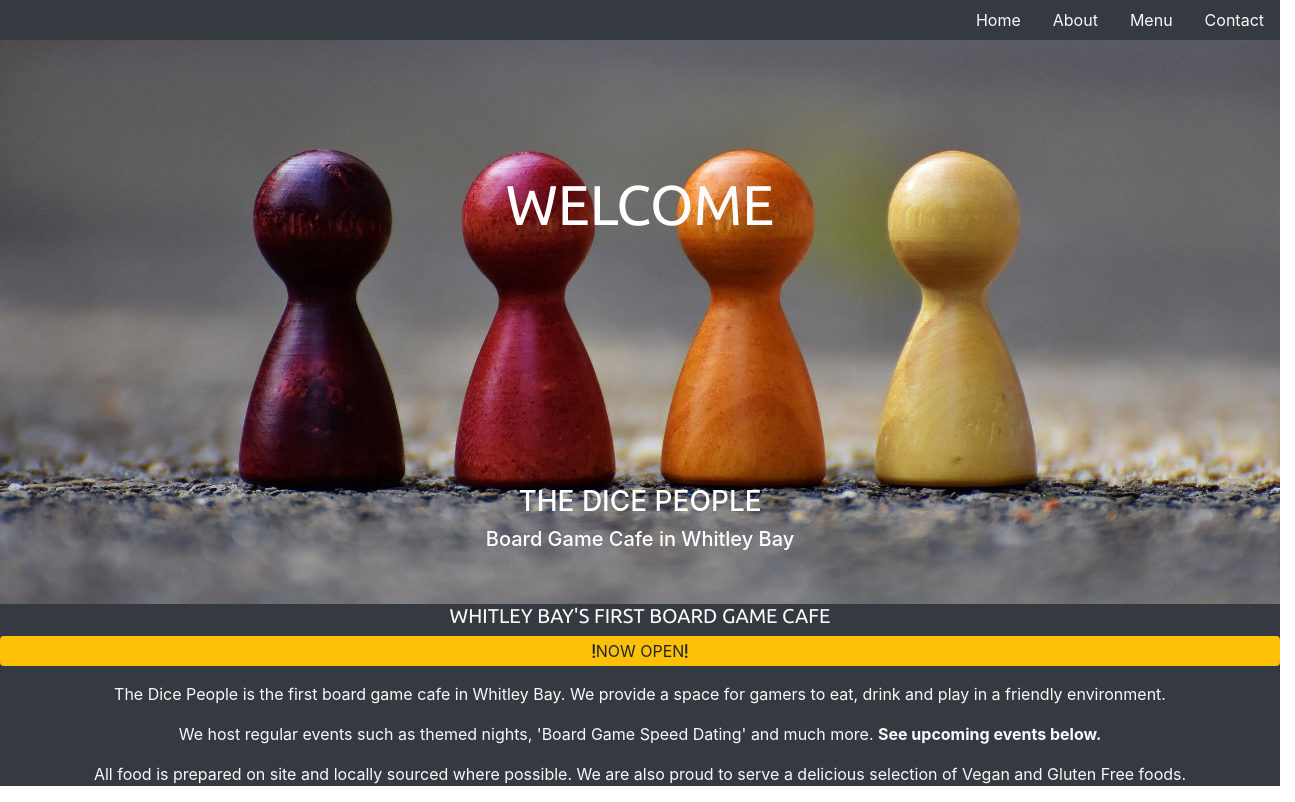
Repository: Code-Institute-Submissions/eleanorpro-milestoneproject1
Page: index.html
The author's editor kept a record of every edit. The page is drawn from the files as they stood at one moment, then again after the next edit.
The browser window is 1280 px wide. The page is 1295 px wide, so the pictures cover 1295 px, including what lies to the right of the window. The pictures show the whole page.
Some web libraries are served in a nearby version.

Above is the page before.

### index.html
<!DOCTYPE html>
<html lang="en">

<head>
    <meta charset="UTF-8">
    <meta name="viewport" content="width=device-width, initial-scale=1.0 shrink-to-fit=no">
    <meta http-equiv="X-UA-Compatible" content="ie=edge">
    <link rel="stylesheet" href="https://stackpath.bootstrapcdn.com/bootstrap/4.3.1/css/bootstrap.min.css" integrity="sha384-ggOyR0iXCbMQv3Xipma34MD+dH/1fQ784/j6cY/iJTQUOhcWr7x9JvoRxT2MZw1T" crossorigin="anonymous">
    <link href="https://fonts.googleapis.com/css?family=Ubuntu&display=swap" rel="stylesheet">
    <script src="https://kit.fontawesome.com/6737ff54ee.js" crossorigin="anonymous"></script>
    <link rel="stylesheet" href="css/style.css" type="text/css" />
    <title>The Dice People</title>
</head>

<body>
    <header>
        <nav class="bg-dark">
            <ul class="nav justify-content-end">
                <li class="nav-item">
                    <a class="nav-link active text-light bg-dark" href="index.html">Home</a>
                </li>
                <li class="nav-item">
                    <a class="nav-link text-light bg-dark" href="#">About</a>
                </li>
                <li class="nav-item">
                    <a class="nav-link text-light bg-dark" href="#">Menu</a>
                </li>
                <li class="nav-item">
                    <a class="nav-link text-light bg-dark" href="#">Contact</a>
                </li>
            </ul>
        </nav>
        <div class="row">
            <div class="col">
                <div class="main-img">
                    <img class="bg-image" src="media/images/pieces.jpeg" alt="board game playing pieces">
                    <div class="centered">
                        <h1 class="uppercase display-4">Welcome</h1>
                    </div>
                    <div class="bottom-center mobhide">
                        <h3 class="uppercase">The Dice People</h2>
                            <h5>Board Game Cafe in Whitley Bay</h3>
                    </div>
                </div>
            </div>
        </div>

    </header>
    <section class="bg-dark">
        <h5 class="main-head uppercase text-light">Whitley Bay's first board game cafe</h5>
        <div class="alert bg-warning">
            <p><i class="fas fa-exclamation"></i><span>NOW OPEN</span><i class="fas fa-exclamation"></i></p>
        </div>
        <div class="intro text-light">
            <p>The Dice People is the first board game cafe in Whitley Bay. We provide a space for gamers to eat, drink and play in a friendly environment.</p>
            <p>We host regular events such as themed nights, 'Board Game Speed Dating' and much more. <strong>See upcoming events below.</strong></p>
            <p>All food is prepared on site and locally sourced where possible. We are also proud to serve a delicious selection of Vegan and Gluten Free foods.</p>
        </div>
    </section>
    <footer>

    </footer>
</body>

</html>

### css/style.css
/*--------------------------------------Text Styling */

.uppercase {
    text-transform: uppercase;
}

.centered {
    font-family: "Ubuntu", sans-serif;
}

.main-head {
    text-align: center;
    font-family: "Ubuntu", sans-serif;
}

.intro {
    text-align: center;
}

/*--------------------------------------Navigation */

nav {
    width: 100%;
}

/*--------------------------------------Main Image */

.bg-image {
    width: 100%;
}


.main-img {
    position: relative;
    text-align: center;
    color: white;
}

.centered {
    position: absolute;
    top: 30%;
    left: 50%;
    transform: translate(-50%, -50%);
}

.bottom-center {
    position: absolute;
    bottom: 8px;
    left: 50%;
    transform: translate(-50%, -50%);
}

@media (max-width: 600px) {
    .mobhide {
        display: none;
    }
}


/*--------------------------------------Home Page */

.alert {
    text-align: center;
    padding: 2px 0;
    2px 0;
    height: 30px;
}

After the next edit:
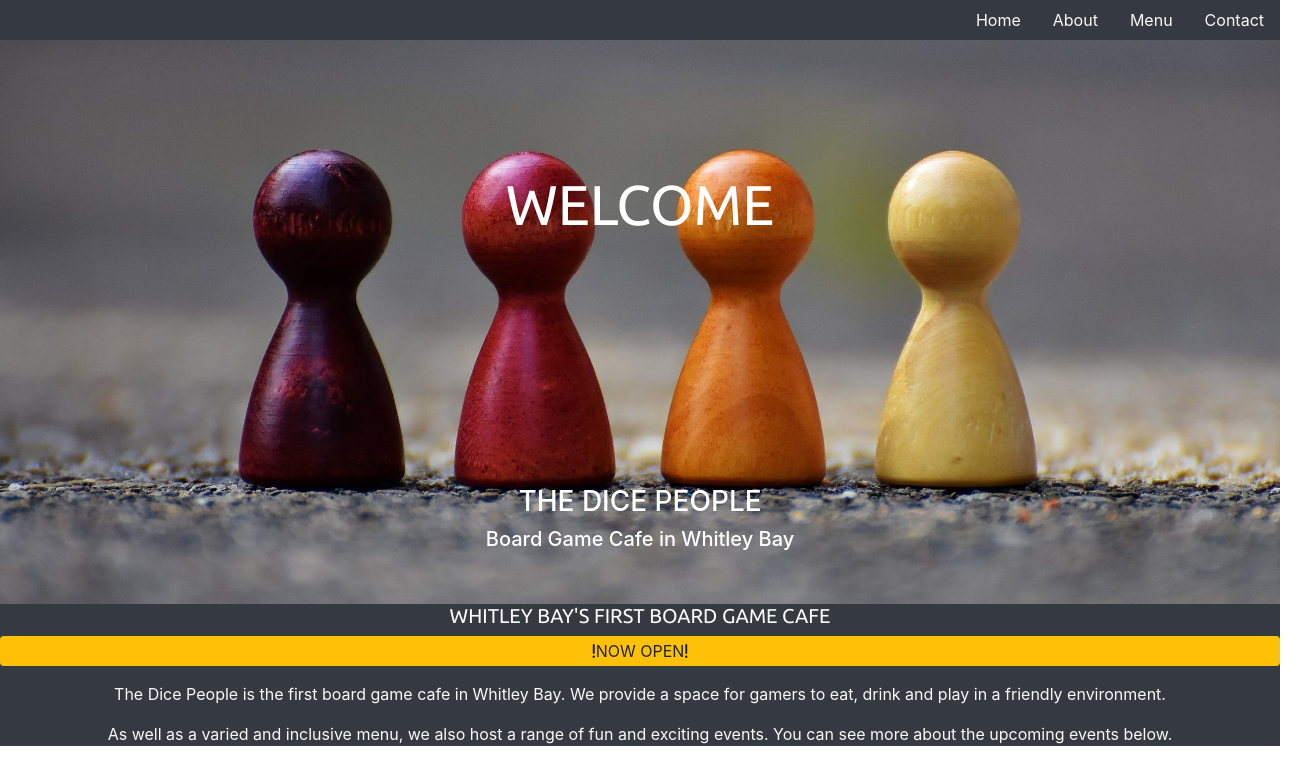
The edit:
--- a/index.html
+++ b/index.html
@@ -53,8 +53,7 @@
         </div>
         <div class="intro text-light">
             <p>The Dice People is the first board game cafe in Whitley Bay. We provide a space for gamers to eat, drink and play in a friendly environment.</p>
-            <p>We host regular events such as themed nights, 'Board Game Speed Dating' and much more. <strong>See upcoming events below.</strong></p>
-            <p>All food is prepared on site and locally sourced where possible. We are also proud to serve a delicious selection of Vegan and Gluten Free foods.</p>
+            <p>As well as a varied and inclusive menu, we also host a range of fun and exciting events. You can see more about the upcoming events below.</p>
         </div>
     </section>
     <footer>
